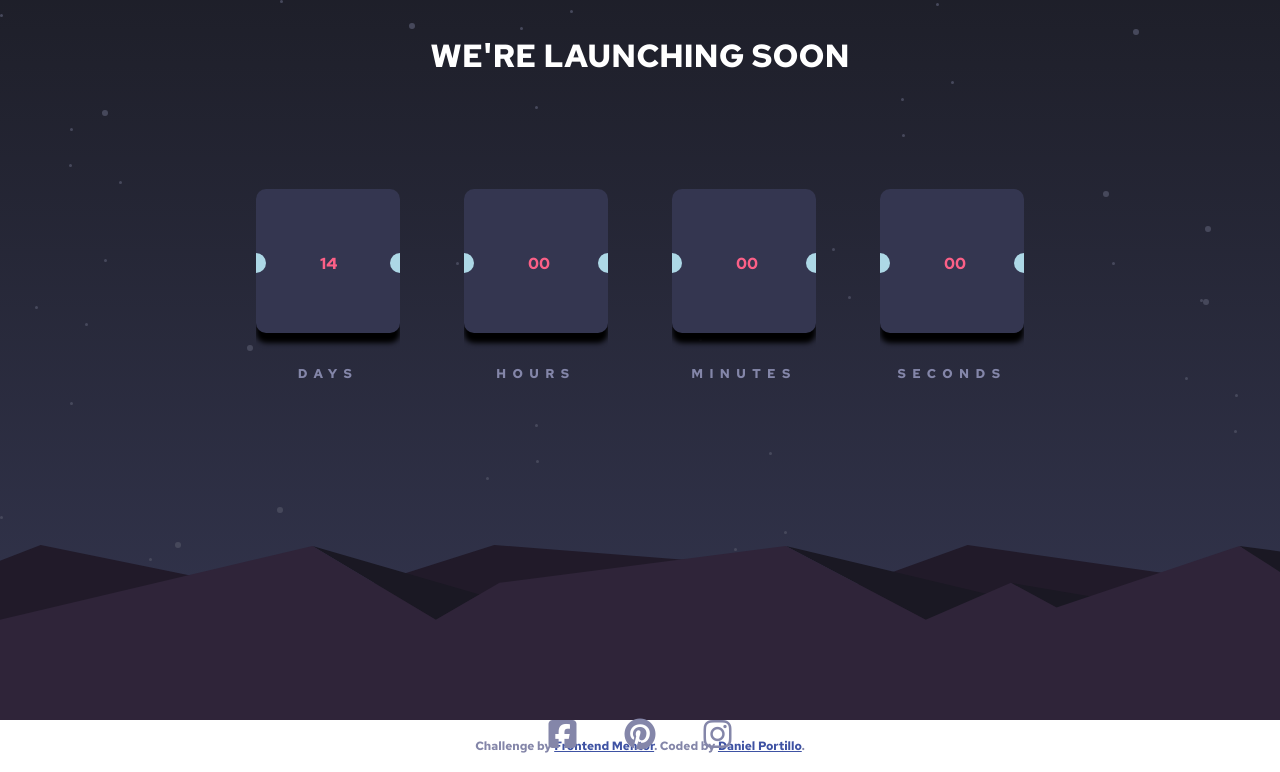
Repository: dportillo23/launch-countdown-timer-main
Page: index.html
The author's editor kept a copy of each file at every save. The page is drawn from the files as they stood at one save, then again after the next save.
The browser window is 1280 px wide. The pictures show the whole page.
Some web libraries are served in a nearby version. The style sheet was rebuilt from its Sass, Less or Tailwind sources for each picture, by a compiler version that may differ from the author's.

Above is the page before, as saved 2021-07-02 11:31:47.

After the next save:
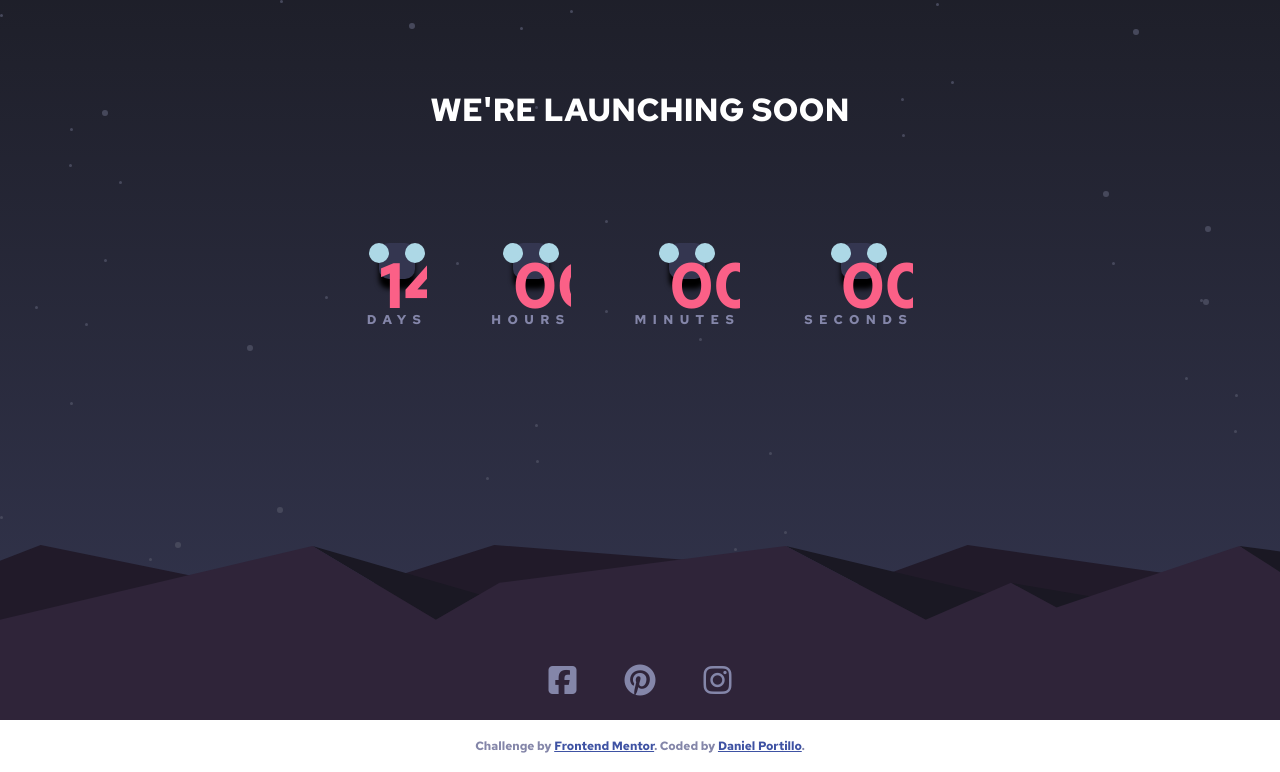
Saved 19 s later.
--- a/style.scss
+++ b/style.scss
@@ -65,7 +65,6 @@ body {
 .card--number--container {
     display: flex;
     flex-direction: column;
-    padding: 1em;
     width: 2.25em;
     height: 2.25em;
     background-color: $col-dark;
@@ -74,10 +73,9 @@ body {
     position: relative;
     transition: all 0.5s ease;
     color: $col-red;
-    font-size: 4rem;
 
     .card--title {
-font-size: 1rem;
+font-size: 4rem;
     }
 
     .top--card {
